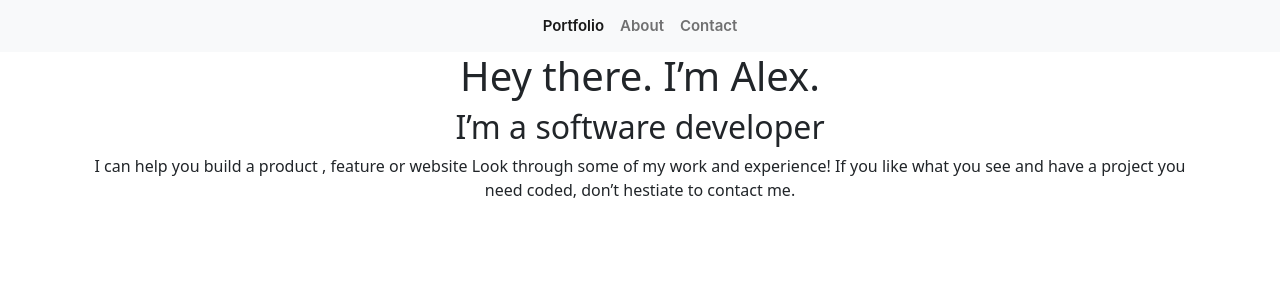
Repository: mustabbas/mustDico-Bootstrap
Page: index.html
The author's editor kept a copy of each file at every save. The page is drawn from the files as they stood at one save, then again after the next save.
The browser window is 1280 px wide. The pictures show the whole page.

Above is the page before, as saved 2021-08-25 20:35:18.

After the next save:
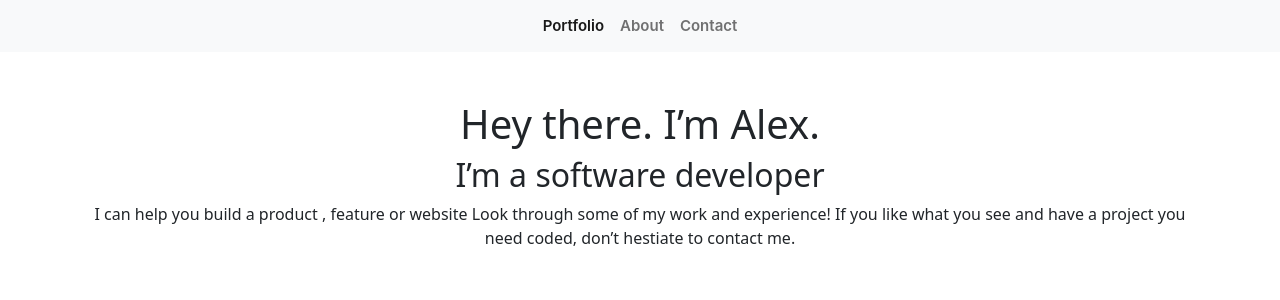
Saved 22 s later.
--- a/index.html
+++ b/index.html
@@ -30,7 +30,7 @@
           </div>
         </div>
       </nav>
-      <section class="container">
+      <section class="container mt-5">
             <h1 class="text-center">Hey there. I’m Alex.</h1>
             <h2 class="text-center">I’m a software developer</h2>
             <p class="text-center"> I can help you build a product , feature or website Look through some of my work and experience! If you like what you see and have a project you need coded,
